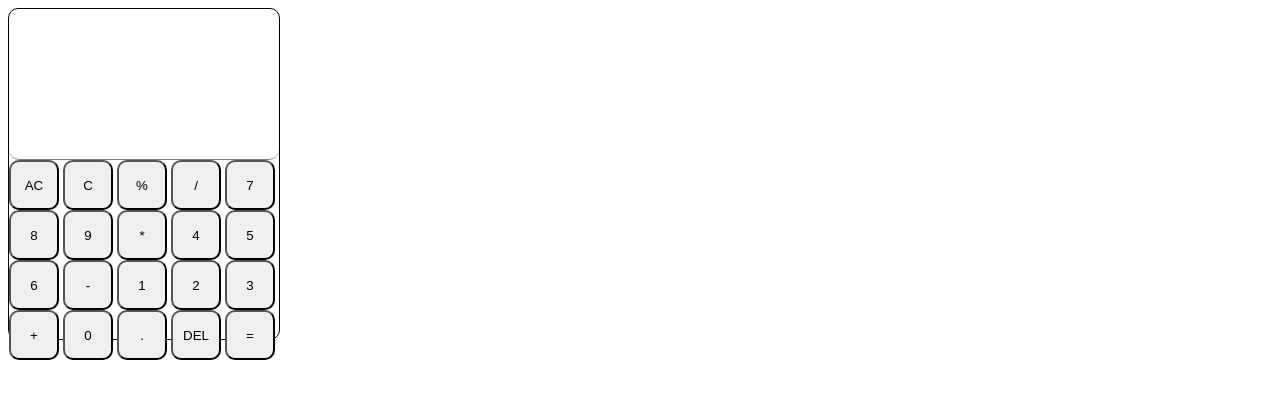
Repository: baziz22/Vanilla_JS_Projects
Page: claculator/index.html
The author's editor kept a copy of each file at every save. The page is drawn from the files as they stood at one save, then again after the next save.
The browser window is 1280 px wide. The pictures show the whole page.

Above is the page before, as saved 2022-03-02 02:15:59.
Console error: SyntaxError: Malformed arrow function parameter list

### claculator/index.html
<!DOCTYPE html>
<html lang="en">
  <head>
    <meta charset="UTF-8" />
    <meta http-equiv="X-UA-Compatible" content="IE=edge" />
    <meta name="viewport" content="width=device-width, initial-scale=1.0" />
    <link rel="stylesheet" href="style.css" />
    <script src="script.js" defer></script>
    <title>Calculator</title>
  </head>
  <body>
    <div class="container">
      <div class="wrapper">
        <div id="result">
          <div id="equation"></div>
          <div id="total"></div>
        </div>

        <button class="btn" all-clear>AC</button>
        <button class="btn" last-entity-clear>C</button>
        <button class="btn" operation>%</button>
        <button class="btn" operation>/</button>
        <button class="btn" number>7</button>
        <button class="btn" number>8</button>
        <button class="btn" number>9</button>
        <button class="btn" operation>*</button>
        <button class="btn" number>4</button>
        <button class="btn" number>5</button>
        <button class="btn" number>6</button>
        <button class="btn" operation">-</button>
        <button class="btn" number>1</button>
        <button class="btn" number>2</button>
        <button class="btn" number>3</button>
        <button class="btn" operation>+</button>
        <button class="btn" number>0</button>
        <button class="btn" number dot>.</button>
        <button class="btn" value="del" id="delete">DEL</button>
        <button class="btn" equal>=</button>
      </div>
    </div>
  </body>
</html>

### claculator/style.css
.wrapper {
  border: 1px solid black;
  border-radius: 10px;
  width: 270px;
  height: 330px;
}
button {
  width: 50px;
  height: 50px;
  border-radius: 10px;
}
#result {
  width: 270px;
  height: 150px;
  border-bottom: 1px solid gray;
  border-radius: 10px;
}

### claculator/script.js
const output = document.getElementById('output');
const total = document.getElementById('total');
const reset = document.getElementById('ac');
const btn = document.querySelectorAll('.btn');
const operants = ['=', '+', '-', '*', '/'];
const equalOperation = '=';
function clear() {}
function digitDelete() {}
const operantValue = function (arg, operant) {
  let theOperant = '';
  //console.log('args: ', arg);
  operant.forEach((element, i) => {
    //console.log(i + '. ' + element);
    //console.log('opernat: ', operant);
    if (operant[i] === arg[0]) {
      console.log('this is the operant', operant[i]);
      theOperant = operant[i];
    }
  });
  return theOperant;
};

function appendNumber(d) {
  let digits = [];
  let saveOperants = [];
  let saveDigits = [];
  let outputContents = '';
  console.log('print: ', d);
  if (d.value !== equalOperation) {
    digits.push(d.value);
    let g = operantValue(digits, operants);
    console.log('g: ', g);
    //console.log('digits: ', digits);
    output.innerHTML += digits;
    if (d.value !== g) {
      outputContents += output.textContent;
      console.log(outputContents);
      //saveOutputDigit = outputContents;
      //console.log('s: ',saveOutputDigit);
      out = outputContents.concat();
      console.log('out: ', out);
    }
    if (d.value === g) {
      outputContents = '';
      //saveOutputDigit = '';
      saveOperants.push(g);
      saveDigits.push(Number(out));
      console.log('2. OutputContents: ', out);
      console.log('saveDigits: ', saveDigits);
      //reset outputContent\
      console.log('saveOperants: ', saveOperants);
      //operantValue(digits, operants);
    }
  } else {
    compute();
  }
}
function chooseOperation(operation) {}
function compute() {
  console.log('Final Result');
}
function updateDisplay() {}
let out = '';
let saveOutputDigit = '';


  btn.forEach(element => {
    element.addEventListener('click', appendNumber(element) => {element.value});
  });

After the next save:
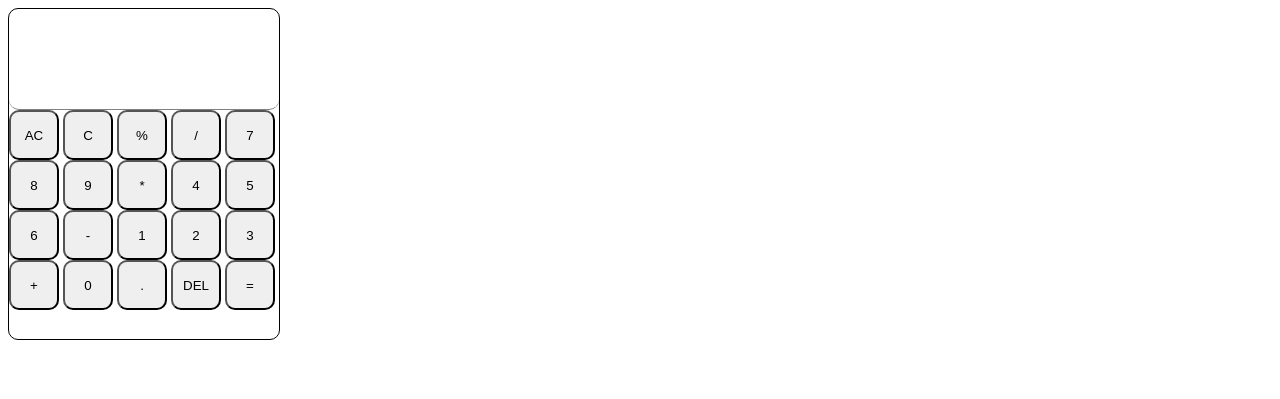
Saved 9 s later.
--- a/claculator/style.css
+++ b/claculator/style.css
@@ -11,7 +11,7 @@ button {
 }
 #result {
   width: 270px;
-  height: 150px;
+  height: 100px;
   border-bottom: 1px solid gray;
   border-radius: 10px;
 }
